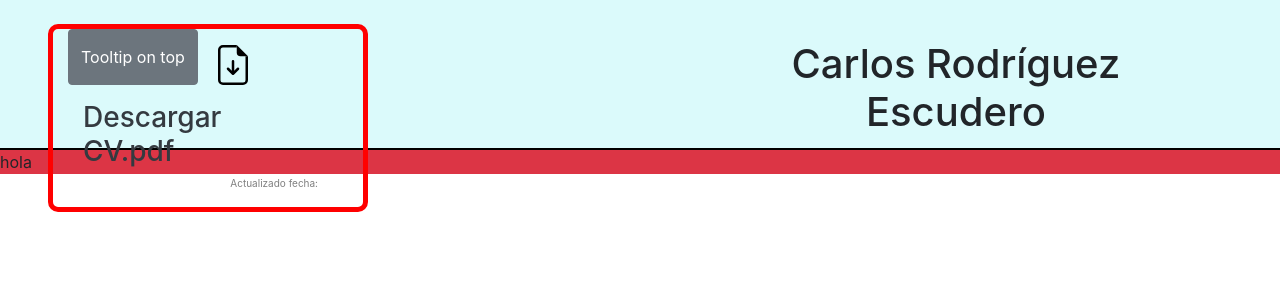
Repository: CarlosRoEs/CarlosWebCV
Page: index.html
An editor plug-in stored every save of this project. The page is shown before and after a run of saves, followed by the edit.
The browser window is 1280 px wide. The pictures show the whole page.
The style sheet was rebuilt from its Sass, Less or Tailwind sources for each picture, by a compiler version that may differ from the author's.

Above is the page before, as saved 2020-09-15 15:53:42.

After the next 2 saves:
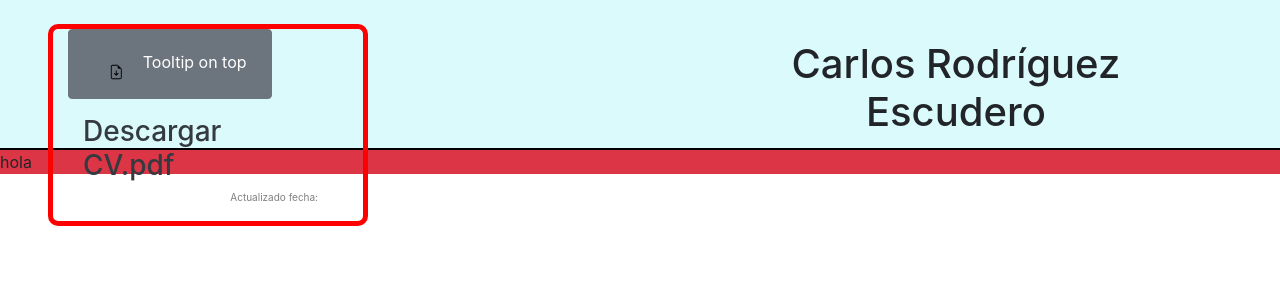
The 2 saves are shown as one change because they came seconds apart.
The last was saved 11 s later.
--- a/index.html
+++ b/index.html
@@ -18,13 +18,13 @@
 
                             <a href="https://www.sport.es/es/" id="a-header" class="col-3 text-decoration-none d-flex flex-row flex-wrap mt-4 ml-5">
                                 <button type="button" class="btn btn-secondary" data-toggle="tooltip" data-placement="top" title="Tooltip on top">
-                                    Tooltip on top
+                                    <svg width="40px" height="40px" viewBox="0 0 16 16" class="bi bi-file-earmark-arrow-down col-3 mt-3" fill="dark" xmlns="http://www.w3.org/2000/svg">
+                                        <path d="M4 0h5.5v1H4a1 1 0 0 0-1 1v12a1 1 0 0 0 1 1h8a1 1 0 0 0 1-1V4.5h1V14a2 2 0 0 1-2 2H4a2 2 0 0 1-2-2V2a2 2 0 0 1 2-2z" />
+                                        <path d="M9.5 3V0L14 4.5h-3A1.5 1.5 0 0 1 9.5 3z" />
+                                        <path fill-rule="evenodd" d="M8 6a.5.5 0 0 1 .5.5v3.793l1.146-1.147a.5.5 0 0 1 .708.708l-2 2a.5.5 0 0 1-.708 0l-2-2a.5.5 0 1 1 .708-.708L7.5 10.293V6.5A.5.5 0 0 1 8 6z" />
+                                    </svg> Tooltip on top
                                   </button>
-                                <svg width="40px" height="40px" viewBox="0 0 16 16" class="bi bi-file-earmark-arrow-down col-3 mt-3" fill="dark" xmlns="http://www.w3.org/2000/svg">
-                                    <path d="M4 0h5.5v1H4a1 1 0 0 0-1 1v12a1 1 0 0 0 1 1h8a1 1 0 0 0 1-1V4.5h1V14a2 2 0 0 1-2 2H4a2 2 0 0 1-2-2V2a2 2 0 0 1 2-2z" />
-                                    <path d="M9.5 3V0L14 4.5h-3A1.5 1.5 0 0 1 9.5 3z" />
-                                    <path fill-rule="evenodd" d="M8 6a.5.5 0 0 1 .5.5v3.793l1.146-1.147a.5.5 0 0 1 .708.708l-2 2a.5.5 0 0 1-.708 0l-2-2a.5.5 0 1 1 .708-.708L7.5 10.293V6.5A.5.5 0 0 1 8 6z" />
-                                </svg>
+
                                 <h3 id="h3-header" class="col-9 mt-3 text-left text-dark">Descargar CV.pdf</h3>
                                 <div class="row w-100">
                                     <p class="col-12 text-right text-black-50">Actualizado fecha:</p>
